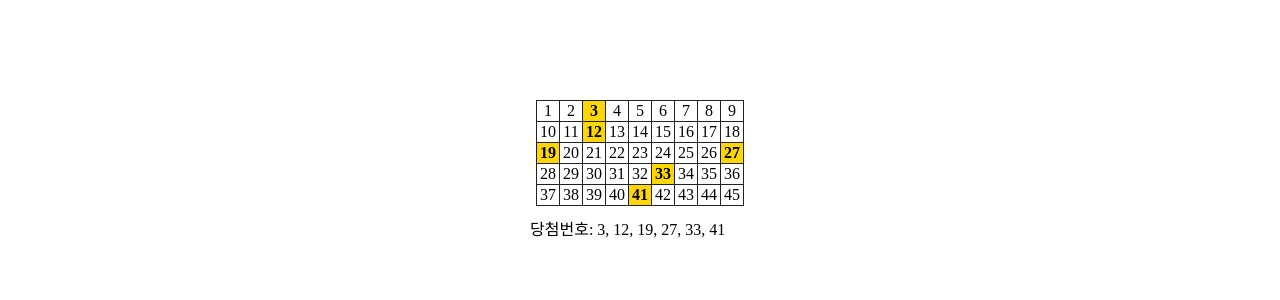
Repository: kkw3202/Jsp2026
Page: http://localhost/chapter01/example_lotto.jsp
These files come from the project's save history. The page is drawn as it stood at one moment and after the next save; the edit follows.
The browser window is 1280 px wide. The pictures show the whole page.
The page is served by Tomcat 9.

Above is the page before, as saved 2026-10-16 06:48:39.

After the next save:
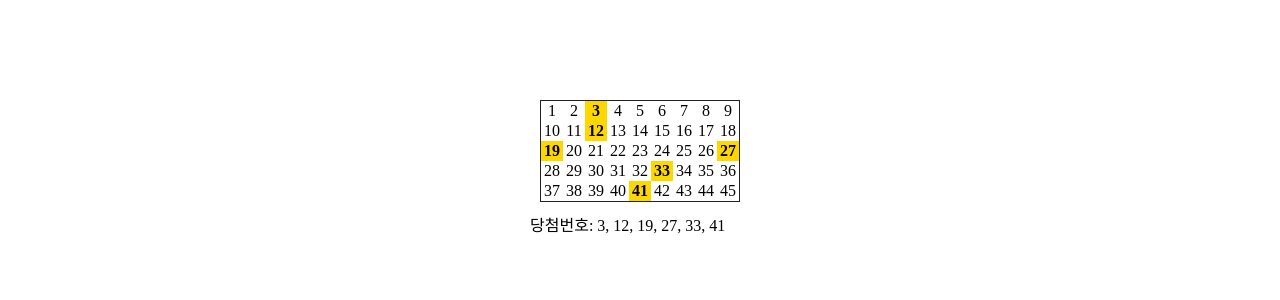
Saved 17 s later.
--- a/chapter01/src/main/webapp/example_lotto.jsp
+++ b/chapter01/src/main/webapp/example_lotto.jsp
@@ -29,7 +29,7 @@
 			for(int j = 0; j<9; j++){
 				numPrt++;
 		%>
-				<td style="border:1px solid #222 ;width: 20px; background-color:
+				<td style=";width: 20px; background-color:
 				<%= isWinning(numPrt) ? "gold; font-weight: bold" : "inherit"%>">
 				<%= numPrt %></td>
 		<%

After the 3 saves that followed:
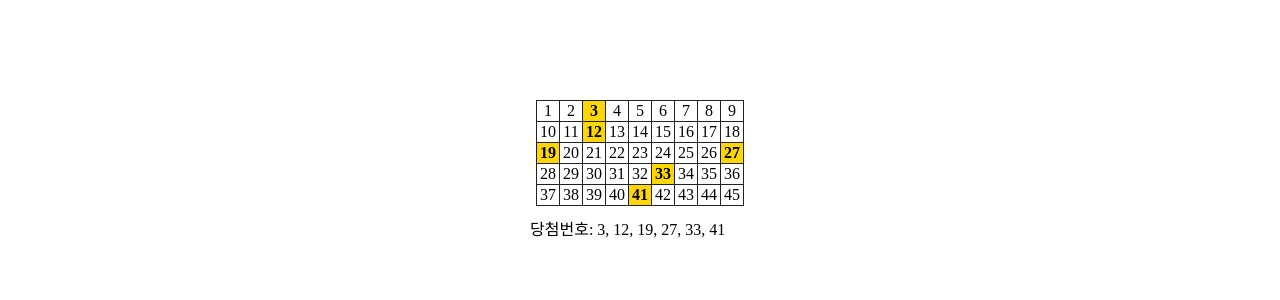
The 3 saves are shown as one change because 1 left the picture as it was and some came seconds apart.
The last was saved 17 s later.
--- a/chapter01/src/main/webapp/example_lotto.jsp
+++ b/chapter01/src/main/webapp/example_lotto.jsp
@@ -29,7 +29,7 @@
 			for(int j = 0; j<9; j++){
 				numPrt++;
 		%>
-				<td style=";width: 20px; background-color:
+				<td style="border:1px solid #222; width: 20px; background-color:
 				<%= isWinning(numPrt) ? "gold; font-weight: bold" : "inherit"%>">
 				<%= numPrt %></td>
 		<%
